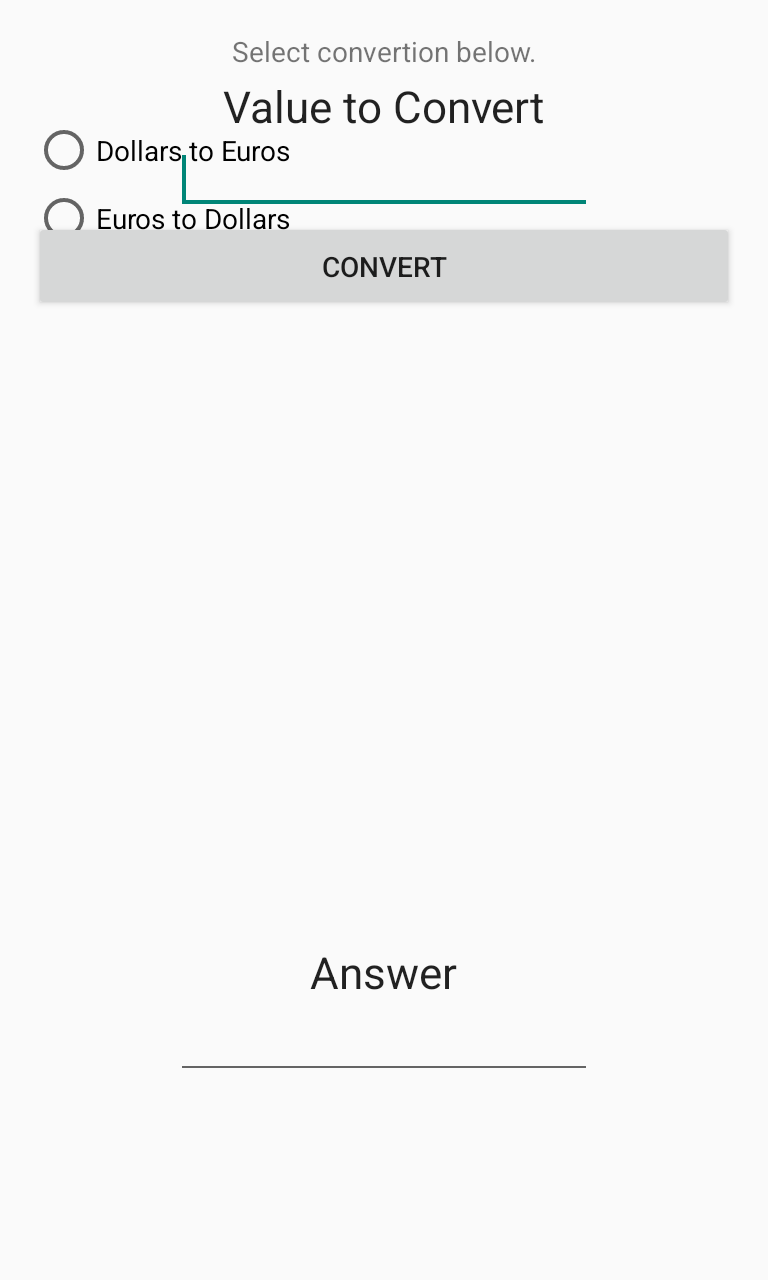
Repository: awayzo/6300Fall14Assignment4
Layout: UnitConvertor/res/layout/activity_currency.xml
The author's editor kept a copy of each file at every save. The layout is drawn from the files as they stood at one save, then again after the next save.
It is drawn on a 768 x 1280 px phone screen (xhdpi) without system bars, with theme AppTheme; the app's code is not run.

Above is the layout before, as saved 2014-09-27 07:38:02.

### UnitConvertor/res/layout/activity_currency.xml
<RelativeLayout xmlns:android="http://schemas.android.com/apk/res/android"
    xmlns:tools="http://schemas.android.com/tools"
    android:layout_width="match_parent"
    android:layout_height="match_parent"
    android:paddingBottom="@dimen/activity_vertical_margin"
    android:paddingLeft="@dimen/activity_horizontal_margin"
    android:paddingRight="@dimen/activity_horizontal_margin"
    android:paddingTop="@dimen/activity_vertical_margin"
    tools:context="edu.gatech.seclass.unitconvertor.CurrencyActivity" >

    <TextView
        android:id="@+id/lblAnswer"
        android:layout_width="wrap_content"
        android:layout_height="wrap_content"
        android:layout_above="@+id/txtAnswer"
        android:layout_centerHorizontal="true"
        android:text="Answer"
        android:textAppearance="?android:attr/textAppearanceLarge" />

    <TextView
        android:id="@+id/lblTitle_Currency"
        android:layout_width="wrap_content"
        android:layout_height="wrap_content"
        android:layout_alignParentTop="true"
        android:layout_centerHorizontal="true"
        android:text="Select convertion below." />

    <EditText
        android:id="@+id/txtValue"
        android:layout_width="wrap_content"
        android:layout_height="wrap_content"
        android:layout_below="@+id/lblValue"
        android:layout_centerHorizontal="true"
        android:ems="10"
        android:inputType="numberDecimal" >

        <requestFocus />
    </EditText>

    <EditText
        android:id="@+id/txtAnswer"
        android:layout_width="wrap_content"
        android:layout_height="wrap_content"
        android:layout_alignLeft="@+id/txtValue"
        android:layout_alignParentBottom="true"
        android:layout_marginBottom="82dp"
        android:ems="10"
        android:inputType="numberDecimal" />

    <Button
        android:id="@+id/btnConvert"
        android:layout_width="match_parent"
        android:layout_height="wrap_content"
        android:layout_below="@+id/txtValue"
        android:layout_centerHorizontal="true"
        android:text="Convert" />

    <RadioButton
        android:id="@/RadioEurosToDollars"
        android:layout_width="match_parent"
        android:layout_height="wrap_content"
        android:layout_alignRight="@+id/lblTitle_Currency"
        android:layout_below="@+id/lblTitle_Currency"
        android:layout_marginTop="58dp"
        android:text="Euros to Dollars" />

    <RadioButton
        android:id="@+id/RadioButton01"
        android:layout_width="match_parent"
        android:layout_height="wrap_content"
        android:layout_alignLeft="@+id/radioEurosToDollars"
        android:layout_below="@+id/lblTitle_Currency"
        android:layout_marginTop="24dp"
        android:text="Dollars to Euros" />

    <TextView
        android:id="@+id/lblValue"
        android:layout_width="wrap_content"
        android:layout_height="wrap_content"
        android:layout_below="@+id/radioEurosToDollars"
        android:layout_centerHorizontal="true"
        android:layout_marginTop="22dp"
        android:text="Value to Convert"
        android:textAppearance="?android:attr/textAppearanceLarge" />

</RelativeLayout>

Loaded but not shown: UnitConvertor/res/values/styles.xml (common file); UnitConvertor/res/values-v11/styles.xml (common file); UnitConvertor/res/values-v14/styles.xml (common file); UnitConvertor/res/values/dimens.xml (common file); UnitConvertor/res/values-w820dp/dimens.xml (common file)

After the next save:
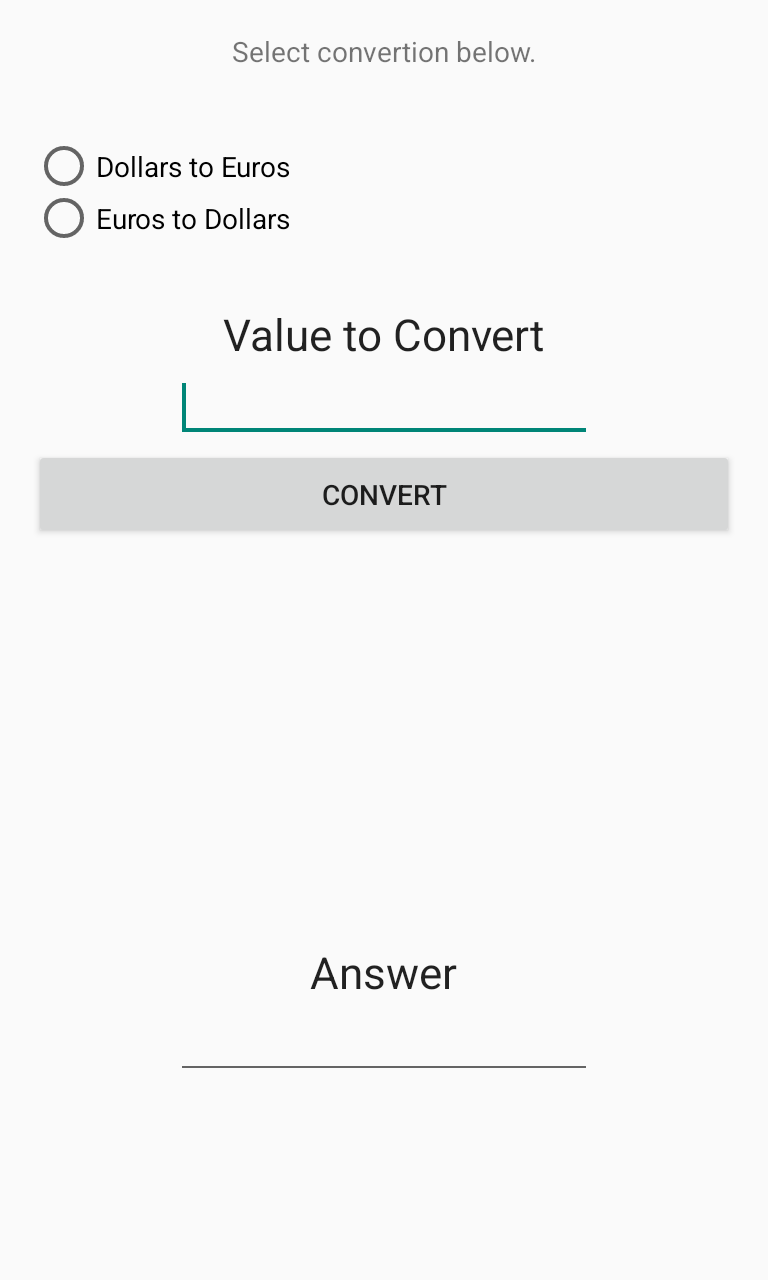
Saved 36 s later.
--- a/UnitConvertor/res/layout/activity_currency.xml
+++ b/UnitConvertor/res/layout/activity_currency.xml
@@ -47,6 +47,16 @@
         android:ems="10"
         android:inputType="numberDecimal" />
 
+    <TextView
+        android:id="@+id/lblValue"
+        android:layout_width="wrap_content"
+        android:layout_height="wrap_content"
+        android:layout_below="@+id/RadioButton01"
+        android:layout_centerHorizontal="true"
+        android:layout_marginTop="27dp"
+        android:text="Value to Convert"
+        android:textAppearance="?android:attr/textAppearanceLarge" />
+
     <Button
         android:id="@+id/btnConvert"
         android:layout_width="match_parent"
@@ -56,7 +66,7 @@
         android:text="Convert" />
 
     <RadioButton
-        android:id="@/RadioEurosToDollars"
+        android:id="@+id/radioEurosToDollars"
         android:layout_width="match_parent"
         android:layout_height="wrap_content"
         android:layout_alignRight="@+id/lblTitle_Currency"
@@ -68,19 +78,9 @@
         android:id="@+id/RadioButton01"
         android:layout_width="match_parent"
         android:layout_height="wrap_content"
+        android:layout_alignBottom="@+id/radioEurosToDollars"
         android:layout_alignLeft="@+id/radioEurosToDollars"
-        android:layout_below="@+id/lblTitle_Currency"
-        android:layout_marginTop="24dp"
+        android:layout_marginBottom="26dp"
         android:text="Dollars to Euros" />
 
-    <TextView
-        android:id="@+id/lblValue"
-        android:layout_width="wrap_content"
-        android:layout_height="wrap_content"
-        android:layout_below="@+id/radioEurosToDollars"
-        android:layout_centerHorizontal="true"
-        android:layout_marginTop="22dp"
-        android:text="Value to Convert"
-        android:textAppearance="?android:attr/textAppearanceLarge" />
-
 </RelativeLayout>
